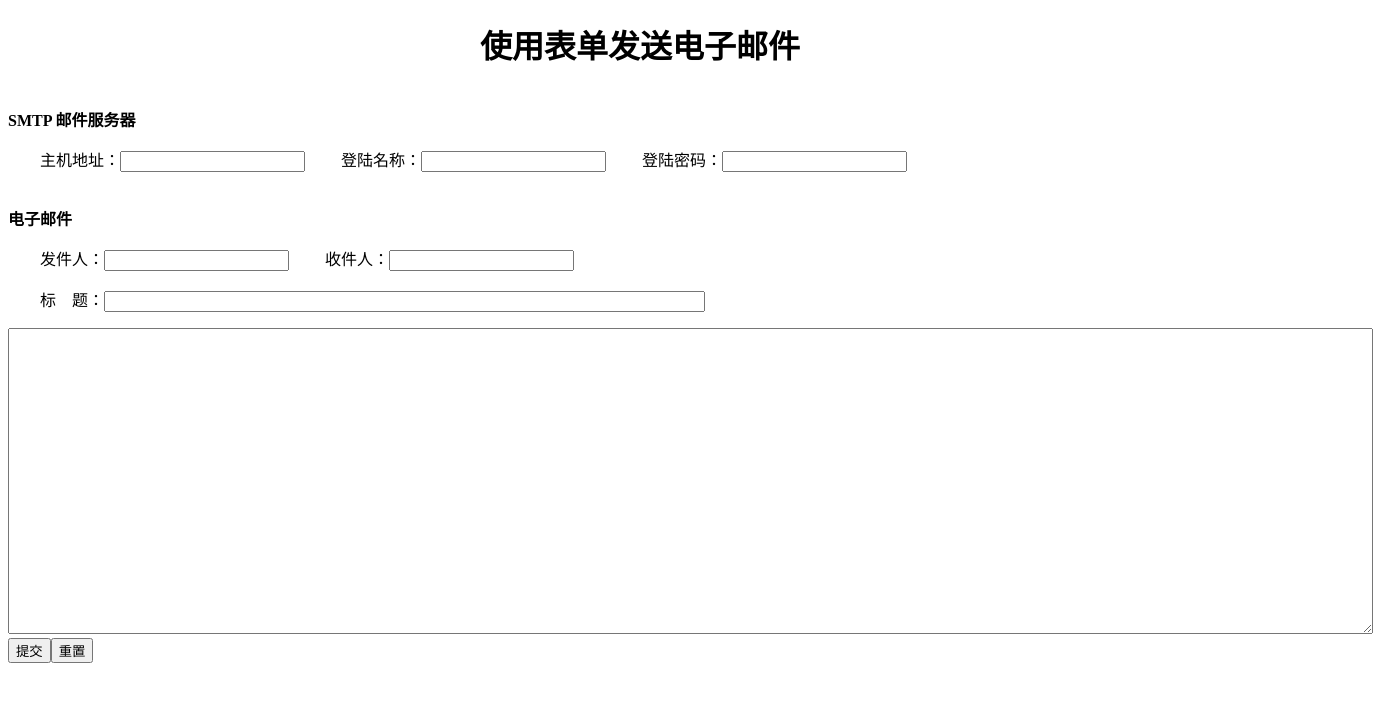
Repository: eterinfi/java
Page: jee/JSPDemo/WebContent/sendemail.html
The author's editor kept a copy of each file at every save. The page is drawn from the files as they stood at one save, then again after the next save.
The browser window is 1280 px wide. The page is 1378 px wide, so the pictures cover 1378 px, including what lies to the right of the window. The pictures show the whole page.

Above is the page before, as saved 2016-11-15 10:56:23.

After the next save:
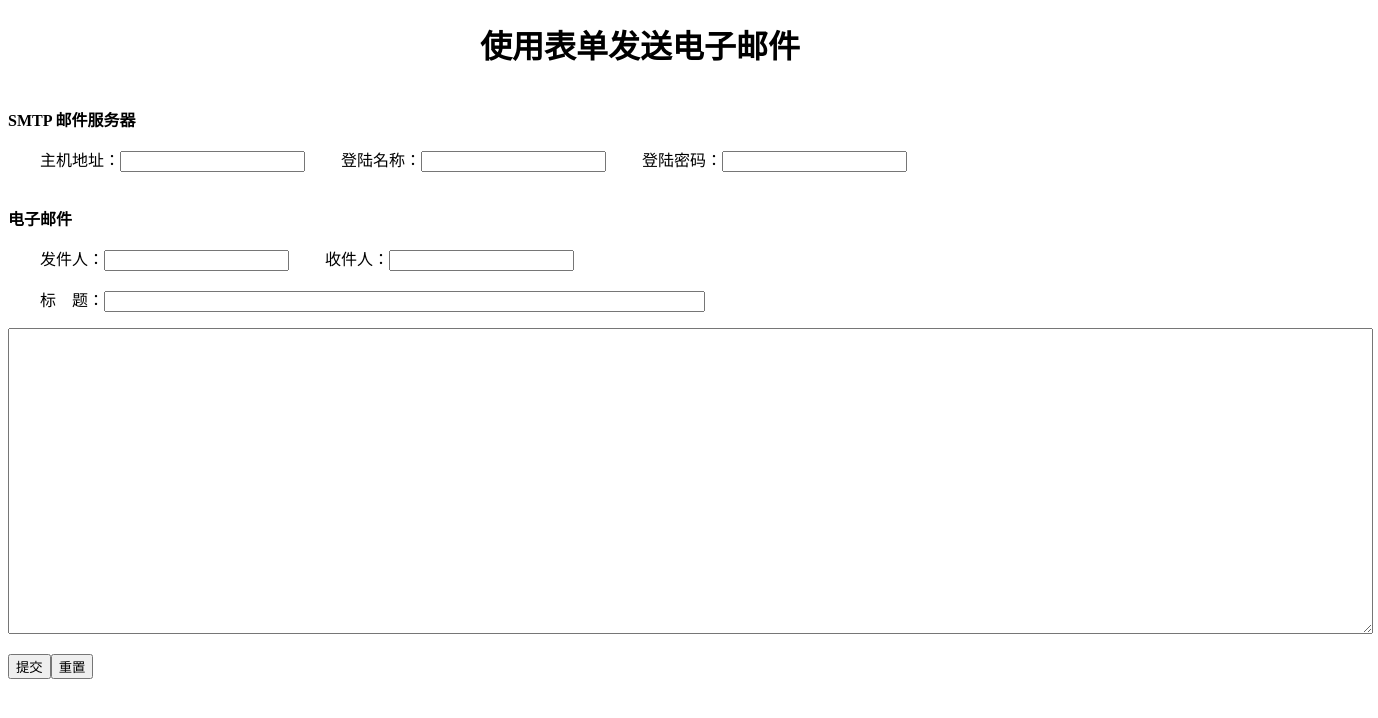
Saved 25 s later.
--- a/jee/JSPDemo/WebContent/sendemail.html
+++ b/jee/JSPDemo/WebContent/sendemail.html
@@ -23,7 +23,9 @@
     <p>　　标　题：<input type="text" size="72" name="subject" /></p>
     <textarea name="body" cols="168" rows="20">
     </textarea>
-    <button type="submit">提交</button><button type="reset">重置</button>
+    <p>
+      <button type="submit">提交</button><button type="reset">重置</button>
+    </p>
   </form>
 </body>
 </html>
